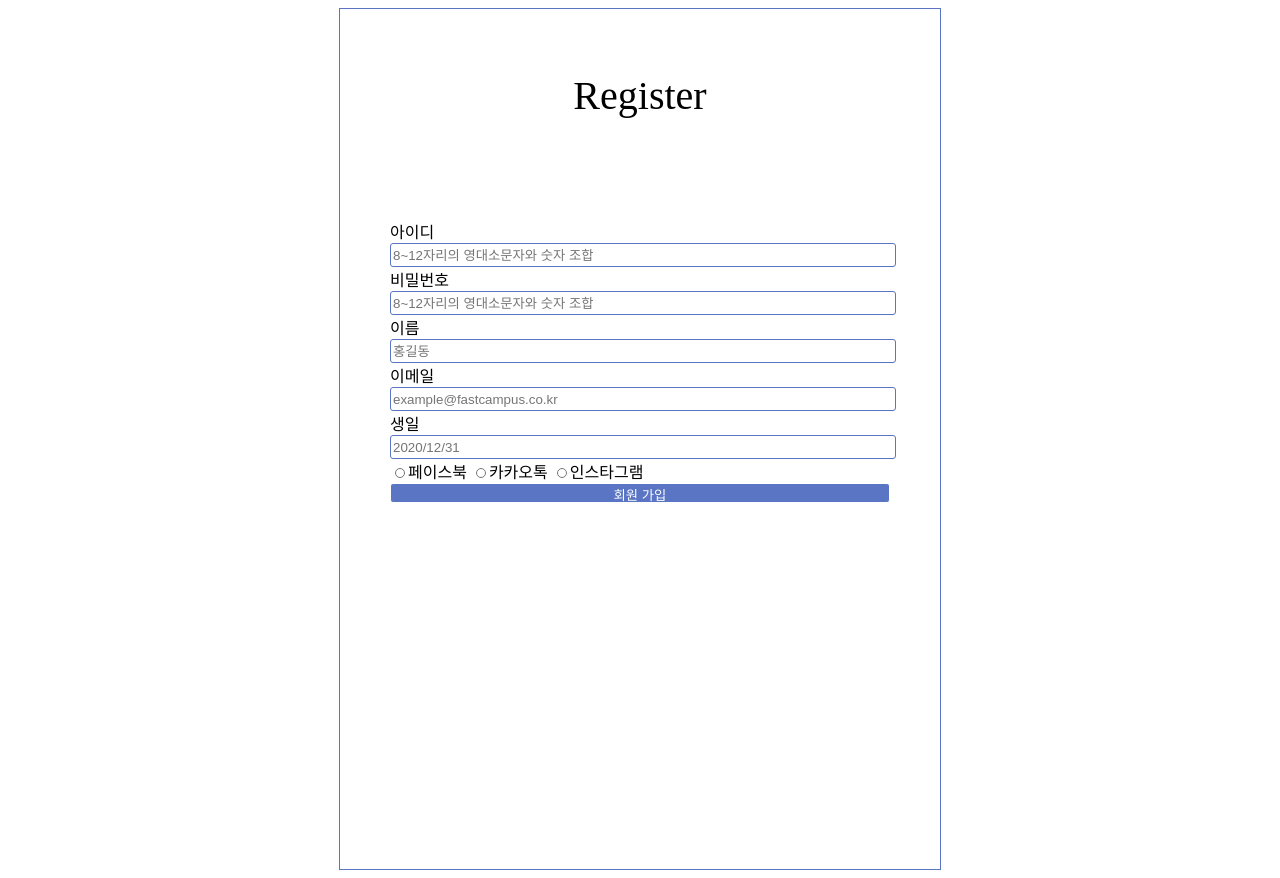
Repository: ksj2001/SpringBasic2024
Page: http://localhost/MVC_join/
An editor plug-in stored every save of this project. The page is shown before and after the next save, followed by the edit.
The browser window is 1280 px wide. The pictures show the whole page.
The page is served by Tomcat 9. Other server files are loaded and not shown.

Above is the page before, as saved 2024-07-02 15:21:49.

### MVC_join/src/main/webapp/WEB-INF/views/index.jsp
<%@ page language="java" contentType="text/html; charset=UTF-8"
    pageEncoding="UTF-8"%>
<!DOCTYPE html>
<html>
<head>
<meta charset="UTF-8">
<title>Insert title here</title>
<style type="text/css">
	body{
		display: flex;
		justify-content: center;
		align-items: center;
	}
	.registerBox{
		width: 500px;
		height: 800px;
		border: 1px solid #5975C4;
		padding: 30px 50px;
	}
	.registerBox h2{
		font-size: 40px;
		font-weight: 500;
		text-align: center;
		margin-bottom: 100px;
	}
	input{
		width: 100%;
		height: 20px;
		border: 1px solid #5975C4;
		border-radius: 3px;
	}
	input[type=radio]{
		width:10px;
		height:10px;
	}
	input[type=submit]{
		border-color: white;
		color: white;
		background-color: #5975C4;
	}
</style>
</head>
<body>
	<div class="registerBox">
		<h2>Register</h2>
		<form action="member/register" method="post">
			<label>아이디</label><br>
			<input type="text" placeholder="8~12자리의 영대소문자와 숫자 조합"><br>
			<label>비밀번호</label><br>
			<input type="password" placeholder="8~12자리의 영대소문자와 숫자 조합"><br>
			<label>이름</label><br>
			<input type="text" placeholder="홍길동"><br>
			<label>이메일</label><br>
			<input type="text" placeholder="example@fastcampus.co.kr"><br>
			<label>생일</label><br>
			<input type="text" placeholder="2020/12/31"><br>
			<div class="selectSns">
				<input type="radio" name="sns" value="facebook">페이스북
				<input type="radio" name="sns" value="kakaotalk">카카오톡
				<input type="radio" name="sns" value="instagram">인스타그램
			</div>
			<input type="submit" value="회원 가입">
		</form>
	</div>
</body>
</html>

After the next save:
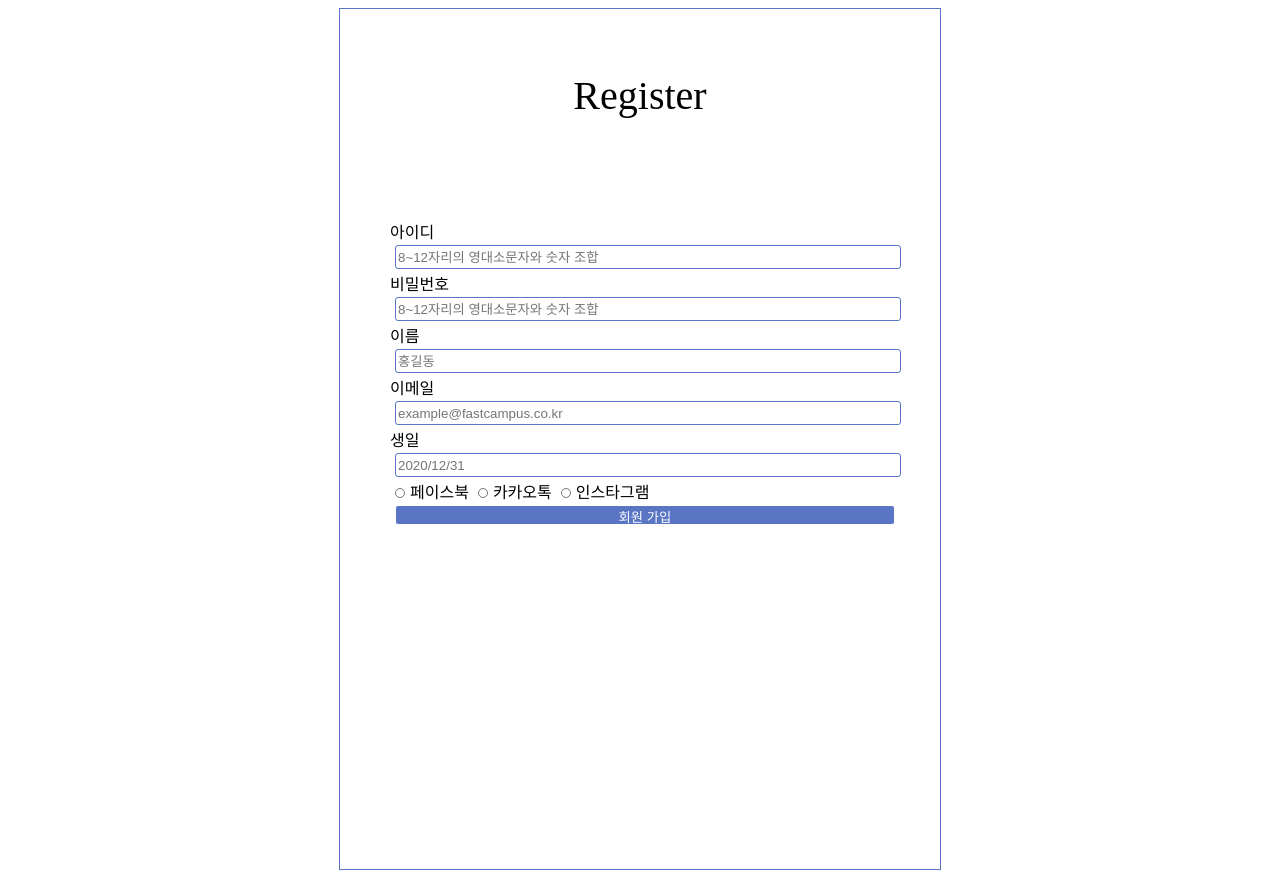
Saved 21 s later.
--- a/MVC_join/src/main/webapp/WEB-INF/views/index.jsp
+++ b/MVC_join/src/main/webapp/WEB-INF/views/index.jsp
@@ -26,6 +26,7 @@
 	input{
 		width: 100%;
 		height: 20px;
+		margin: 2px 5px;
 		border: 1px solid #5975C4;
 		border-radius: 3px;
 	}
